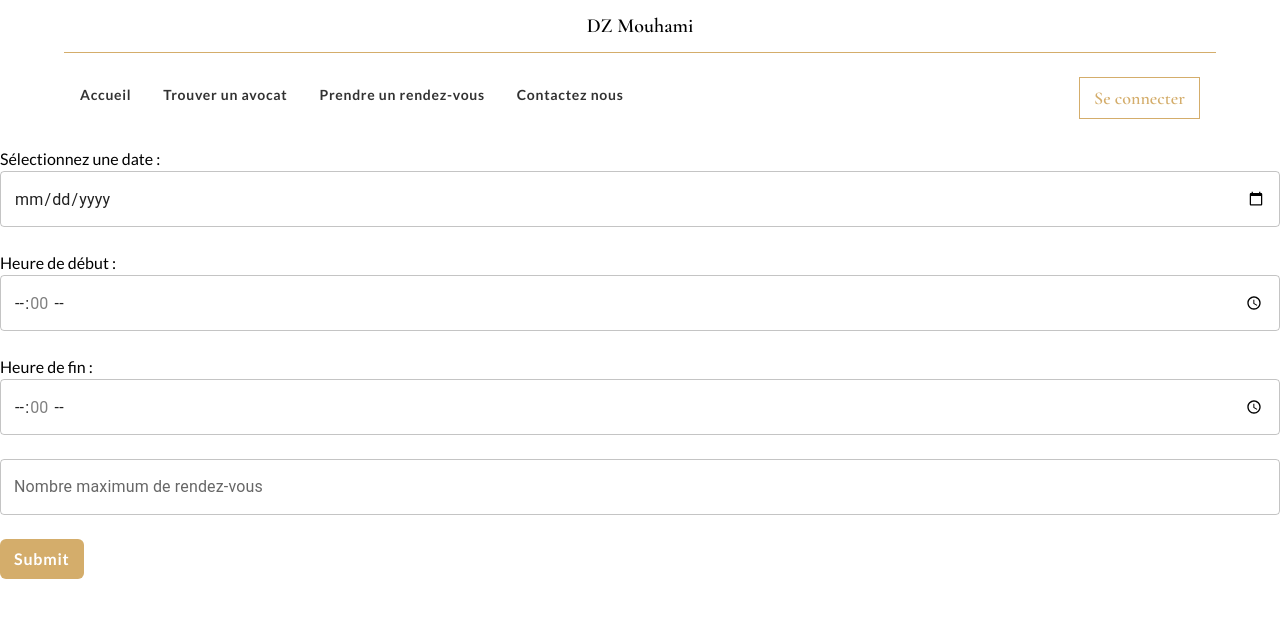
Repository: Chekrouba-Tinhinane/Mohami_dz
Page: /Available (app in client/)
The author's editor kept a copy of each file at every save. The page is drawn from the files as they stood at one save, then again after the next save.
The browser window is 1280 px wide. The pictures show the whole page.
The page's requests for data from a server got no answer. The project was rebuilt for these pictures with package versions that can differ from the ones it lists, and the page was loaded fresh each time. No one was signed in, and anything a server would have sent is missing. Also part of the build but not shown: client/vite.config.js, client/src/components/super/Footer.jsx, client/src/LandingPage.jsx, client/src/SignIn.jsx, client/src/components/Selector.jsx, client/src/components/SearchContainer.jsx, client/src/components/LawyerCard.jsx, client/src/components/SearchBar.jsx and 13 more.

Above is the page before, as saved 2024-01-28 13:22:33.

After the next save:
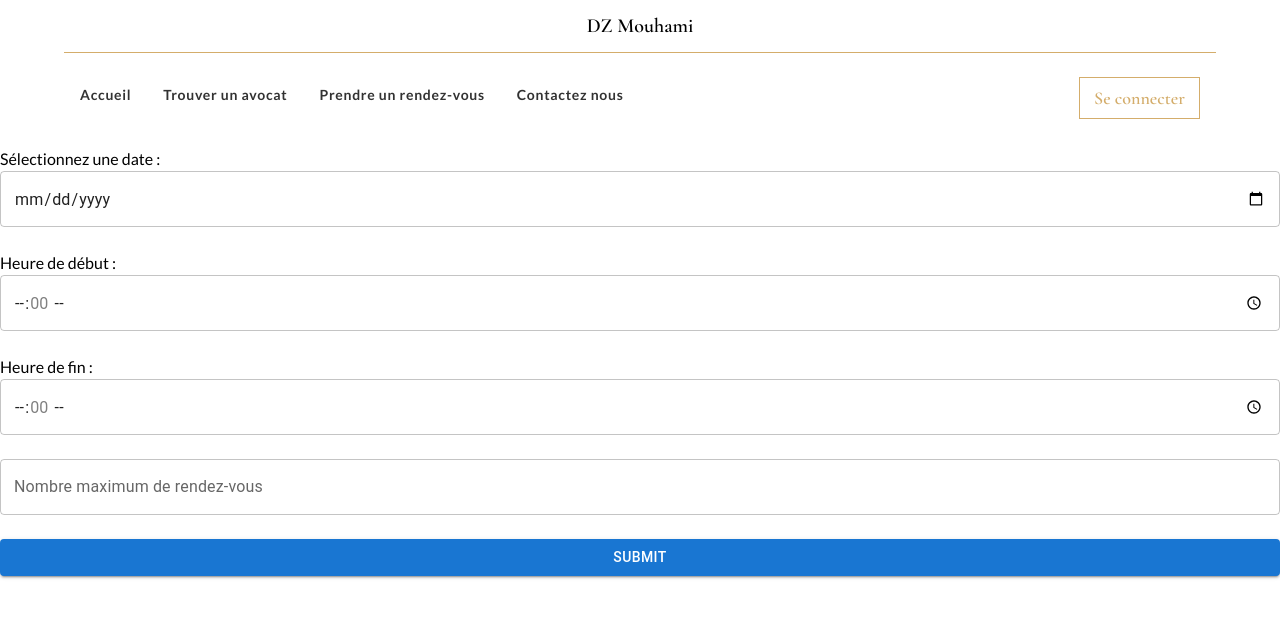
Saved 101 s later.
--- a/client/src/AvailabilityForm.jsx
+++ b/client/src/AvailabilityForm.jsx
@@ -1,7 +1,7 @@
-import React from "react";
+import React, { useState } from "react";
 import { useFormik } from "formik";
 import axios from "axios";
-import { TextField, Button, Grid, Typography } from "@mui/material";
+import { TextField, Button, Grid } from "@mui/material";
 
 const initialValues = {
   DateInterval: "",
@@ -31,21 +31,25 @@ const validate = (values) => {
 };
 
 const AvailabilityForm = () => {
+  const [showSuccessMessage, setShowSuccessMessage] = useState(false);
+
   const formik = useFormik({
     initialValues,
     validate,
     onSubmit: async (values) => {
       try {
-        console.log("hey");
         const response = await axios.post(
           "http://192.168.137.210:8000/creneau/add_creneau",
           values
         );
         console.log("Response:", response.data);
-        // Handle success response
+        setShowSuccessMessage(true); // Show success message on successful form submission
+        setTimeout(() => {
+          setShowSuccessMessage(false); // Hide success message after 3 seconds
+        }, 3000);
+        formik.resetForm(); // Reset form fields after successful submission
       } catch (error) {
         console.error("Error:", error);
-        // Handle error response
       }
     },
   });
@@ -55,7 +59,6 @@ const AvailabilityForm = () => {
     const [hours] = value.split(":");
     formik.setFieldValue(name, `${hours}:00`);
   };
-
 
   return (
     <Grid container spacing={2}>
@@ -130,13 +133,20 @@ const AvailabilityForm = () => {
             />
           </div>
 
-          <button
-            className=" hover:bg-opacity-70 tracking-wider bg-primary px-3.5 py-2 text-white font-semibold rounded-md"
+          <Button
+            variant="contained"
+            color="primary"
             type="submit"
+            fullWidth
           >
             Submit
-          </button>
+          </Button>
         </form>
+        {showSuccessMessage && (
+          <Typography variant="body1" color="success">
+            Faites avec succès!
+          </Typography>
+        )}
       </Grid>
     </Grid>
   );
